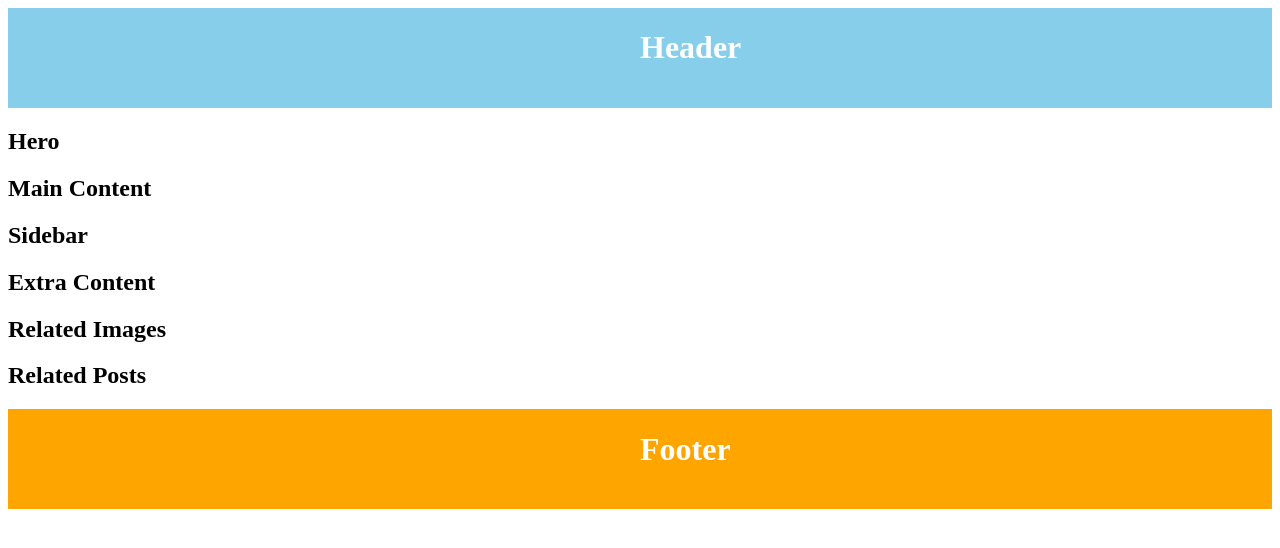
Repository: harshitanthal1/assignments_avisoft
Page: 01-02-2024/assignment_2/index.html
The author's editor kept a copy of each file at every save. The page is drawn from the files as they stood at one save, then again after the next save.
The browser window is 1280 px wide. The pictures show the whole page.

Above is the page before, as saved 2024-02-01 13:42:26.

After the next save:
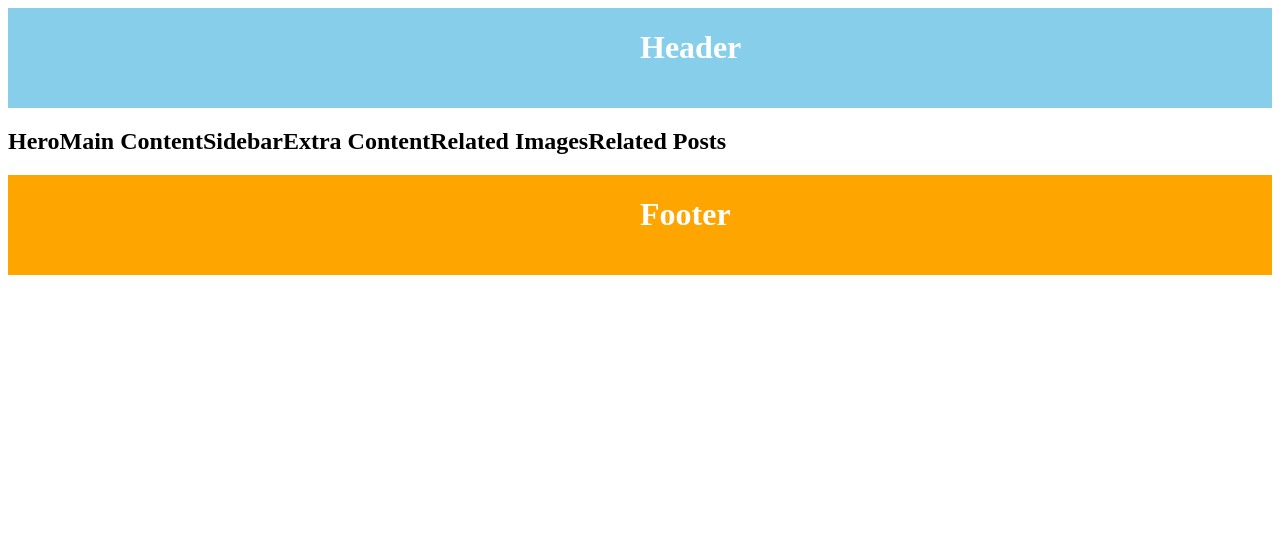
Saved 36 s later.
--- a/01-02-2024/assignment_2/styles/styles.css
+++ b/01-02-2024/assignment_2/styles/styles.css
@@ -14,3 +14,7 @@
     padding-left: 50%;
     height: 100px;
 }
+
+#main {
+    display: flex;
+}
